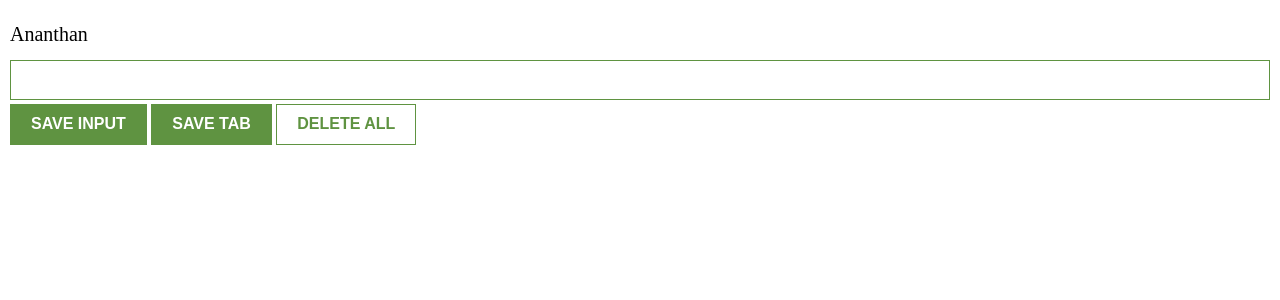
Repository: ananthantharma/Chrome-Extension
Page: index.html
These files come from the project's save history. The page is drawn as it stood at one moment and after the next save; the edit follows.
The browser window is 1280 px wide. The pictures show the whole page.

Above is the page before, as saved 2022-07-20 23:14:40.

After the next save:
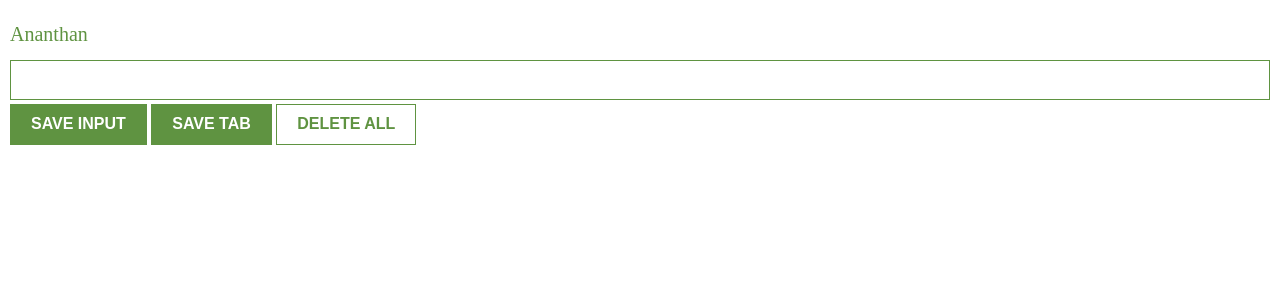
Saved 71 s later.
--- a/index.css
+++ b/index.css
@@ -9,6 +9,7 @@ h1{
     font-size:20px;
     font-style:none;
     font-weight: normal;
+    color: #5f9341;
 }
 input {
     width: 100%;
